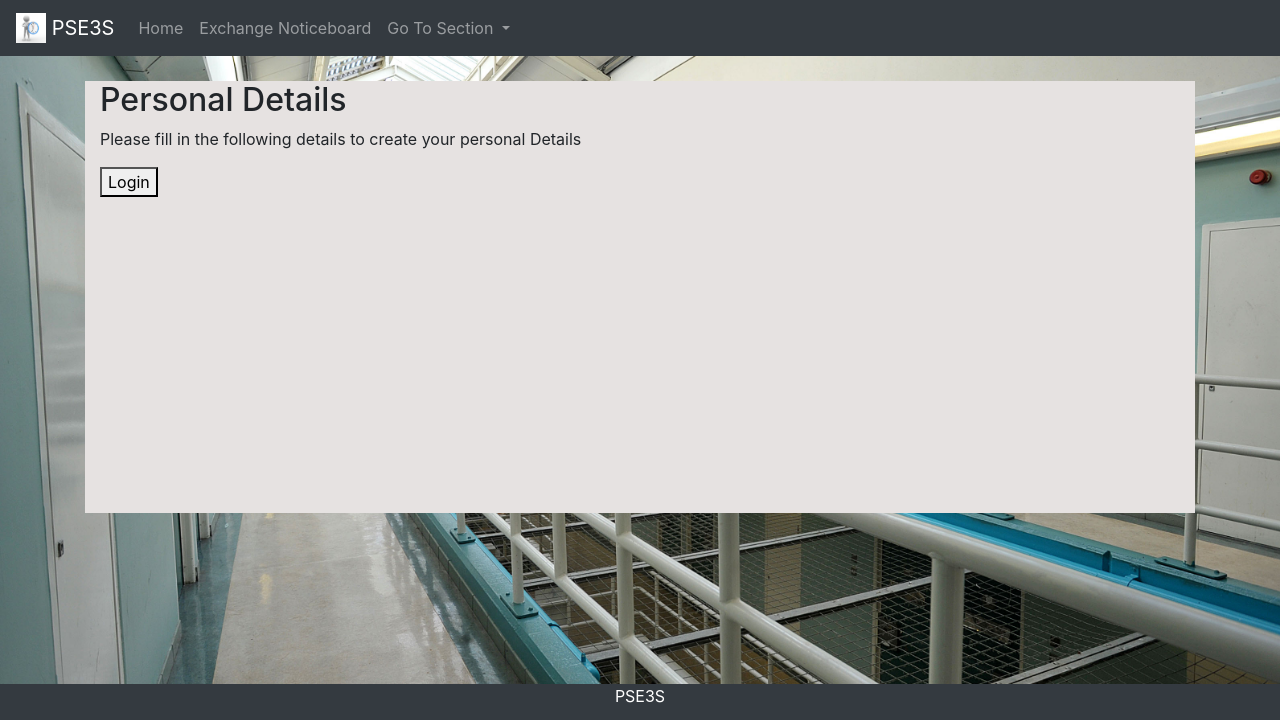
Repository: KikiDow/DitProjPractise2
Page: clockings/templates/create_personal_details.html
The author's editor kept a record of every edit. The page is drawn from the files as they stood at one moment, then again after the next edit.
The browser window is 1280 px wide. The pictures show the whole page.
Some web libraries are served in a nearby version. The template is drawn by Django 2.2. The application's start-up code is not run. Other server files are loaded and not shown. The template is opened directly, without the code that normally fills it, so the values that code supplies are empty.

Above is the page before.

### clockings/templates/create_personal_details.html
{% extends 'base.html'%} {% block content %}
<h2> Personal Details </h2>
<p>Please fill in the following details to create your personal Details</p>
<form method="POST" enctype="multipart/form-data">
    {% csrf_token %}
    {{ create_personal_details_form }}

    <button type="submit">Login</button>
</form>
{% endblock %}

### templates/base.html
{% load staticfiles %}
<!DOCTYPE html>
<html lang="en">

<head>
    <meta charset="UTF-8">
    <meta name="viewport" content="width=device-width, initial-scale=1.0">
    <meta http-equiv="X-UA-Compatible" content="ie=edge"/>
    <title>DIT Proj Practise 2</title>
    <link rel="stylesheet" href="https://cdn.jsdelivr.net/npm/bootstrap@4.5.3/dist/css/bootstrap.min.css" integrity="sha384-TX8t27EcRE3e/ihU7zmQxVncDAy5uIKz4rEkgIXeMed4M0jlfIDPvg6uqKI2xXr2" crossorigin="anonymous">
    <link rel="stylesheet" href="https://maxcdn.bootstrapcdn.com/font-awesome/4.7.0/css/font-awesome.min.css" type="text/css" />
    <script src="https://cdnjs.cloudflare.com/ajax/libs/jquery/3.2.1/jquery.min.js"></script>
    <link rel="stylesheet" href="{% static 'css/custom_styles.css' %}"> {% block head_js %} {% endblock head_js %}
    <style type="text/css">
        body {
         background: url('{% static "images/bg_image_1.jpg" %}') no-repeat center center fixed;
         height: 100%;
         -webkit-background-size: cover;
         -moz-background-size: cover;
         -o-background-size: cover;
         background-size: cover;
        }
</style>
</head>
<body>
    <header>
        <nav class="navbar navbar-expand-lg navbar-dark bg-dark">
            <a class="navbar-brand" href="#"><img src="{% static 'images/time_keeping_man.jpg' %}" width="30" height="30" class="d-inline-block align-top" alt="" loading="lazy"> PSE3S </a>
                <button class="navbar-toggler" type="button" data-toggle="collapse" data-target="#navbarSupportedContent" aria-controls="navbarSupportedContent" aria-expanded="false" aria-label="Toggle navigation">
                <span class="navbar-toggler-icon"></span>
                </button>

            <div class="collapse navbar-collapse" id="navbarSupportedContent">
                <ul class="navbar-nav justify-content-end">
                    <li class="nav-item">
                        <a class="nav-link" href="#"> Home </a>
                    </li>
                    <li class="nav-item">
                        <a class="nav-link" href="#"> Exchange Noticeboard </a>
                    </li>
                    <li class="nav-item dropdown">
                        <a class="nav-link dropdown-toggle" href="#" id="navbarDropdown" role="button" data-toggle="dropdown" aria-haspopup="true" aria-expanded="false">
                            Go To Section
                        </a>
                        <div class="dropdown-menu" aria-labelledby="navbarDropdown">
                            <a class="dropdown-item" href="#"> Abscences </a>
                            <a class="dropdown-item" href="#"> Annual Leave </a>
                            <a class="dropdown-item" href="#"> Clockings </a>
                            <a class="dropdown-item" href="#"> Exchanges </a>
                            <a class="dropdown-item" href="#"> Overtime </a>
                            <a class="dropdown-item" href="#"> Personal Details </a>
                        </div>
                    </li>
                </ul>
            </div>
        </nav>
    </header>
    {% if messages %}
    <div class="alert alert-success">
        <div class="messages">
            {% for message in messages %} {{ message }} {% endfor %}
        </div>
    </div>
    {% endif %}
    <div class="container">
        <div>
            <ul class="nav nav-pills justify-content-end" style="margin-top:5px;">
                {% if user.is_authenticated %}
                <li role="presentation" class="nav-item"><a class="nav-link btn btn-secondary btn-sm" style="margin-left:5px; margin-right:5px;" href=""><span class="glyphicon glyphicon-user" aria-hidden="true"></span> Clock </a></li>
                <li class="nav-item">
                    <a class="nav-link btn btn-secondary btn-sm" style="margin-left:5px; margin-right:5px;" href="">
                          Notifications
                        <!-- {% if new_notifications > 0 %} -->
                            <label class="badge badge-primary"> 0 </label>
                        <!-- {% endif %} -->
                    </a>

                </li>
                <li role="presentation" class="nav-item "><a class="nav-link btn btn-secondary btn-sm" style="margin-left:5px; margin-right:5px;" href=""><span class="glyphicon glyphicon-off" aria-hidden="true"></span>  Log Out</a></li>
                {% endif %}
            </ul>
        </div>
        <div class="container main-block border-border-info">
            {% block content %} {% endblock %}
        </div>
    </div>
    <script src="https://code.jquery.com/jquery-3.5.1.slim.min.js" integrity="sha384-DfXdz2htPH0lsSSs5nCTpuj/zy4C+OGpamoFVy38MVBnE+IbbVYUew+OrCXaRkfj" crossorigin="anonymous"></script>
    <script src="https://cdn.jsdelivr.net/npm/bootstrap@4.5.3/dist/js/bootstrap.bundle.min.js" integrity="sha384-ho+j7jyWK8fNQe+A12Hb8AhRq26LrZ/JpcUGGOn+Y7RsweNrtN/tE3MoK7ZeZDyx" crossorigin="anonymous"></script>
    <script src="{% static 'javascript/DITProjPractise2.js' %}"></script>
    <footer class="bg-dark">
        <div class="container">
            <div class="row">
                <div class="col-4 col-sm-1"></div>
                <div class="col-4 col-sm-10">
                    PSE3S
                </div>
                <div class="col-4 col-sm-1"></div>
            </div>
        </div>
    </footer>
</body>
</html>

### static/css/custom_styles.css
/* ------------------------------------------ FOOTER -------------------- */
footer {
  position: fixed;
  left: 0;
  bottom: 0;
  height: 5vh;
  width: 100%;
  color: white;
  text-align: center;
}

/* ------------------------------------------ MAIN CONTENT BLOCK -------- */
.main-block {
    background-color: #E6E2E1;
    margin-top: 20px;
    margin-bottom: 7vh;
    min-height: 60vh;
}

/* ------------------------------------------ JUMBOTRON ------------------ */
.jumbotron {
  margin-top: 2vh;
  padding-top: 3vh;
  padding-bottom: 3vh;
}

.card {
  padding-top: 1vh;
  padding-bottom: 1vh;
  margin-bottom: 2vh;
}

### static/javascript/DITProjPractise2.js
/*global navigator*/
/*global $*/


var x = document.getElementById("coords_info");
var latitude;
var longitude;

function getLocation() {
  if (navigator.geolocation) {
    navigator.geolocation.getCurrentPosition(showPosition);
  } else {
    x.innerHTML = "Geolocation is not supported by this browser.";
  }
}

function showPosition(position) {
  x.innerHTML = "Latitude: " + position.coords.latitude +
  "<br>Longitude: " + position.coords.longitude;
  console.log(position.coords.latitude)
  console.log(position.coords.longitude)
}

function showLocationOnMap() {
    if (navigator.geolocation) {
        navigator.geolocation.getCurrentPosition(showCurrentLocationOnMap);
    } else {
        x.innerHTML("Gelocation is not supported by this browser.")
    }
}

function showCurrentLocationOnMap(position) {
  var crd = position.coords;
  var current_lat = crd.latitude;
  var current_lon = crd.longitude;
  var coords = current_lat + ', ' + current_lon;
  document.getElementById("google_map").setAttribute('src', 'https://maps.google.co.uk?q='+ coords +'&z=60&output=embed')
}

function successCoords(position) {
  var crd = position.coords;
  latitude = crd.latitude;
  longitude = crd.longitude;
  console.log(latitude, longitude);
  $.ajax({
            url: "{% url 'remote_clock_page' %}",
            data: {
                "latitude": latitude,
                "longitude": longitude
            },
            type: "GET",
            cache: false,
            success: function(data, jqXHR){
                console.log(this.data + ", " + this.url);
            },
            error: function(data){
                console.log("In this error");
            }
        });
}

After the next edit:
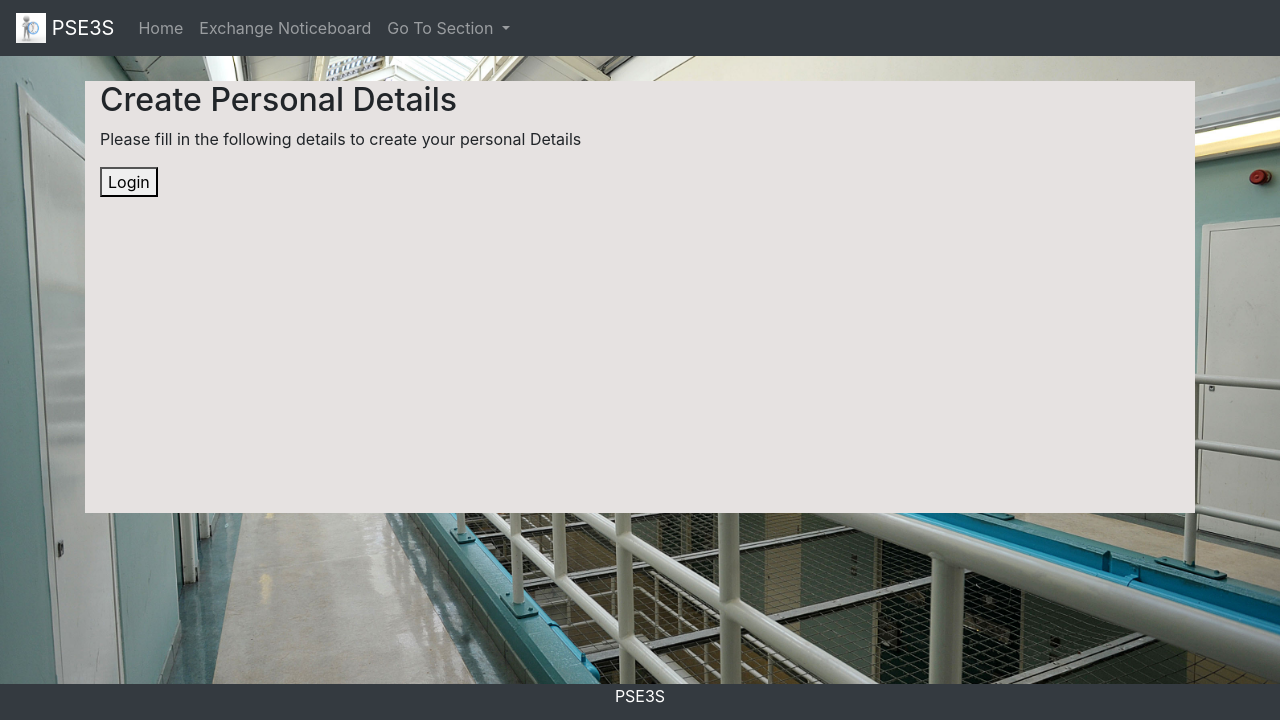
The edit:
--- a/clockings/templates/create_personal_details.html
+++ b/clockings/templates/create_personal_details.html
@@ -1,5 +1,5 @@
 {% extends 'base.html'%} {% block content %}
-<h2> Personal Details </h2>
+<h2> Create Personal Details </h2>
 <p>Please fill in the following details to create your personal Details</p>
 <form method="POST" enctype="multipart/form-data">
     {% csrf_token %}
